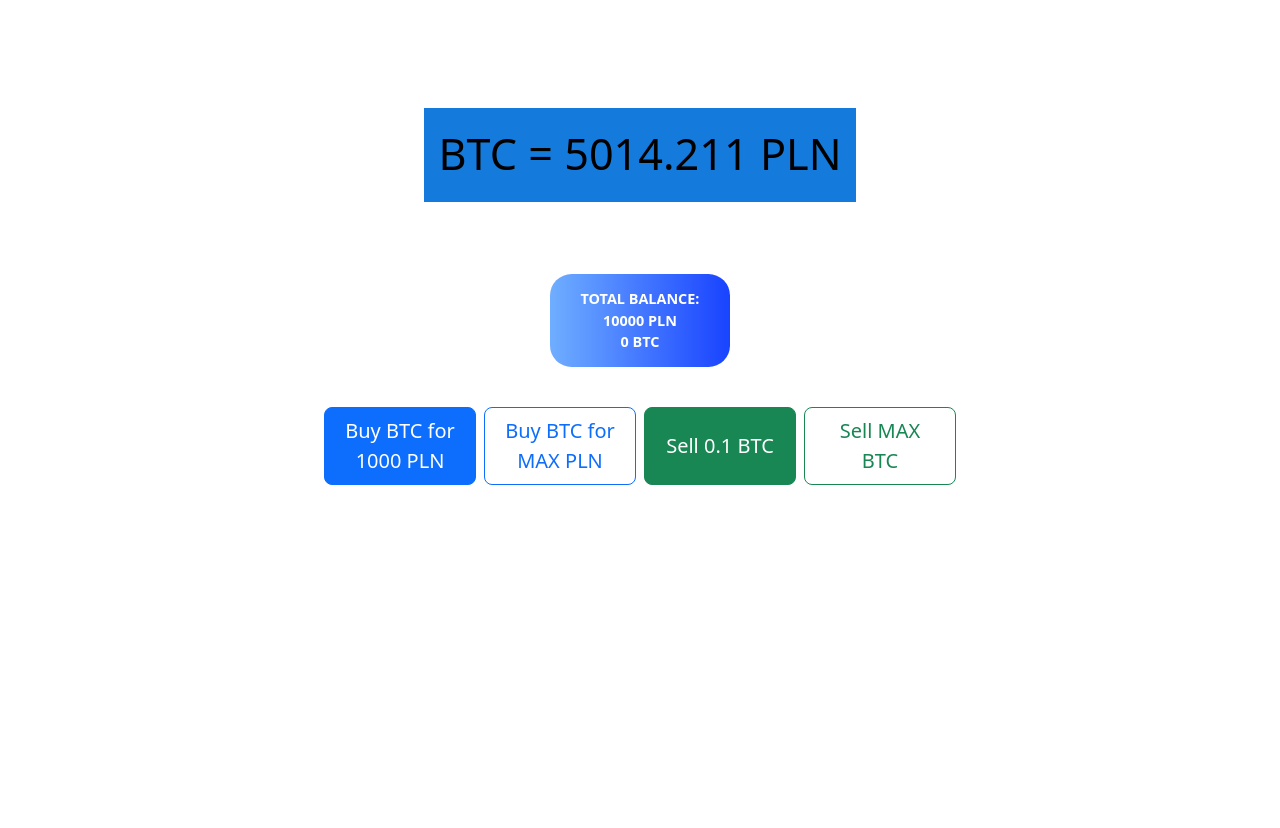
Repository: michalgornicki/bitcoin-virtual
Page: /
The author's editor kept a copy of each file at every save. The page is drawn from the files as they stood at one save, then again after the next save.
The browser window is 1280 px wide. The pictures show the whole page.
The project was rebuilt for these pictures with package versions that can differ from the ones it lists, and the page was loaded fresh each time.

Above is the page before, as saved 2021-12-05 22:54:22.

### src/App.jsx
import React, { useState, useEffect } from "react";
import "./App.css";
import Button from "react-bootstrap/Button";
import "bootstrap/dist/css/bootstrap.min.css";

function App() {
  const [bitcoinPrice, setBitcoinPrice] = useState(5000);
  const [accountPLN, setAccountPLN] = useState(10000);
  const [accountBTC, setAccountBTC] = useState(0);

  const bitcoin = () => {
    let randomNumber = parseFloat((Math.random() * 20 - 10).toFixed(3));
    setBitcoinPrice((bitcoinPrice) =>
      parseFloat((bitcoinPrice + randomNumber).toFixed(3))
    );
    console.log(bitcoinPrice);

    setTimeout(bitcoin, 1000);
  };

  const buyBitcoin = () => {
    if (accountPLN >= 1000) {
      setAccountPLN(accountPLN - 1000);
      setAccountBTC((accountBTC) =>
        parseFloat((accountBTC + 1000 / bitcoinPrice).toFixed(6))
      );
      console.log(accountBTC);
    } else {
      setAccountPLN(0);
      setAccountBTC((accountBTC) =>
        parseFloat((accountBTC + accountPLN / bitcoinPrice).toFixed(6))
      );
    }
  };

  const buyMAXBitcoin = () => {
      setAccountPLN(0);
      setAccountBTC((accountBTC) =>
        parseFloat((accountBTC + accountPLN/bitcoinPrice).toFixed(6))
      );
      console.log(accountBTC);
  };

  const sellBitcoin = () => {
    if (accountBTC >= 0.1) {
      setAccountPLN(parseFloat((accountPLN + bitcoinPrice / 10).toFixed(6)));
      setAccountBTC((accountBTC) => parseFloat((accountBTC - 0.1).toFixed(6)));
      console.log(accountBTC);
    } else {
      setAccountPLN(
        parseFloat((accountPLN + bitcoinPrice * accountBTC).toFixed(6))
      );
      setAccountBTC((accountBTC) => parseFloat((0).toFixed(6)));
    }
  };

  const sellMAXBitcoin = () => {
      setAccountPLN(parseFloat((accountPLN + bitcoinPrice*accountBTC).toFixed(6)));
      setAccountBTC(0);
      console.log(accountBTC);
  };

  useEffect(() => {
    bitcoin();
  }, []);

  return (
    <div className="wrapper">
      <div className="price">BTC = {bitcoinPrice} PLN</div>
      <div className="account-container">
        <div className="account">TOTAL BALANCE:</div>
        <div className="account">{accountPLN} PLN</div>
        <div className="account">{accountBTC} BTC</div>
      </div>

      <div className="button-container w-50 m-auto">
        <Button variant="primary m-1 btn-lg w-50" onClick={buyBitcoin}>
          Buy BTC for 1000 PLN
        </Button>
        <Button variant="outline-primary m-1 btn-lg w-50" onClick={buyMAXBitcoin}>
          Buy BTC for MAX PLN
        </Button>
        <Button variant="success m-1 btn-lg w-50" onClick={sellBitcoin}>
          Sell 0.1 BTC
        </Button>
        <Button variant="outline-success m-1 btn-lg w-50" onClick={sellMAXBitcoin}>
          Sell MAX BTC
        </Button>
      </div>
    </div>
  );
}

export default App;

### src/App.css

body{
    font-family:'Segoe UI', Tahoma, Geneva, Verdana, sans-serif;
    user-select: none;
}

.wrapper{
    height: 100vh;
    display: block;
    margin: auto;
}

.price{
    font-size: 6vmin;
    display: block;
    margin: auto;
    margin-top: 15vmin;
    padding: 2vmin;
    text-align: center;
    width: fit-content;
    color: rgb(0, 0, 0);
    background-color: rgb(20, 123, 220);
}

.account-container{
    display: block;
    margin: auto;
    margin-top: 10vmin;
    margin-bottom: 5vmin;
    background: linear-gradient(to left, rgb(25, 67, 255), rgb(111, 174, 255));
    color: white;
    padding: 2vmin;
    border-radius: 3vmin;
    width: 14%;
}

.account{
    font-size: 2vmin;
    font-weight: 600;
    display: block;
    margin: auto;
    text-align: center;
}

.button-container{
    display: flex;
    justify-content: center;
}

.button{
    height: 10vmin;
    width: 10vmin;
    background-color: green;
    color: white;
    text-align: center;
    display: block;
    margin: 2vmin;
    margin-top: 10vmin;
    cursor: pointer;
}

Loaded but not shown: public/index.html (common file); src/index.js (common file); src/index.css (common file); src/reportWebVitals.js (common file)

After the next save:
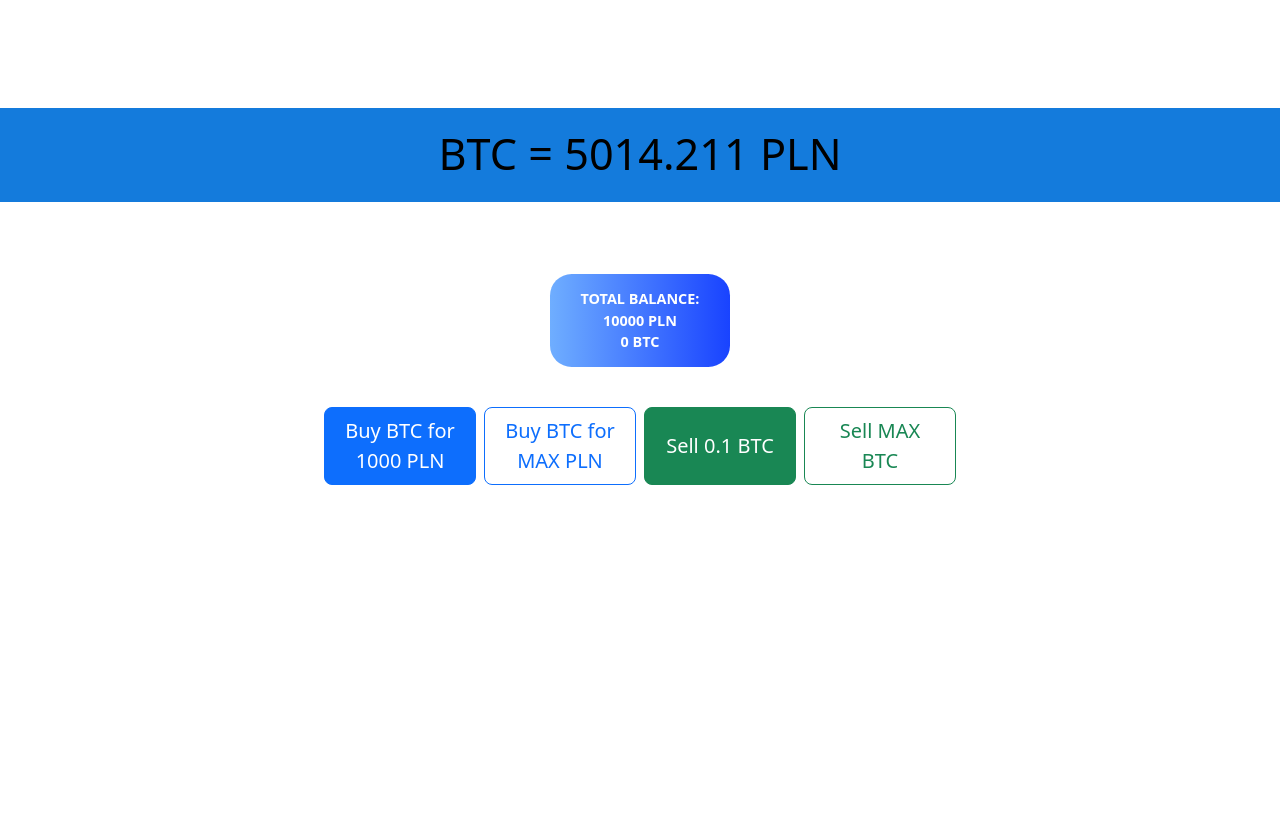
Saved 17 s later.
--- a/src/App.css
+++ b/src/App.css
@@ -17,7 +17,7 @@
     margin-top: 15vmin;
     padding: 2vmin;
     text-align: center;
-    width: fit-content;
+    width: 100%;
     color: rgb(0, 0, 0);
     background-color: rgb(20, 123, 220);
 }

After the save that followed:
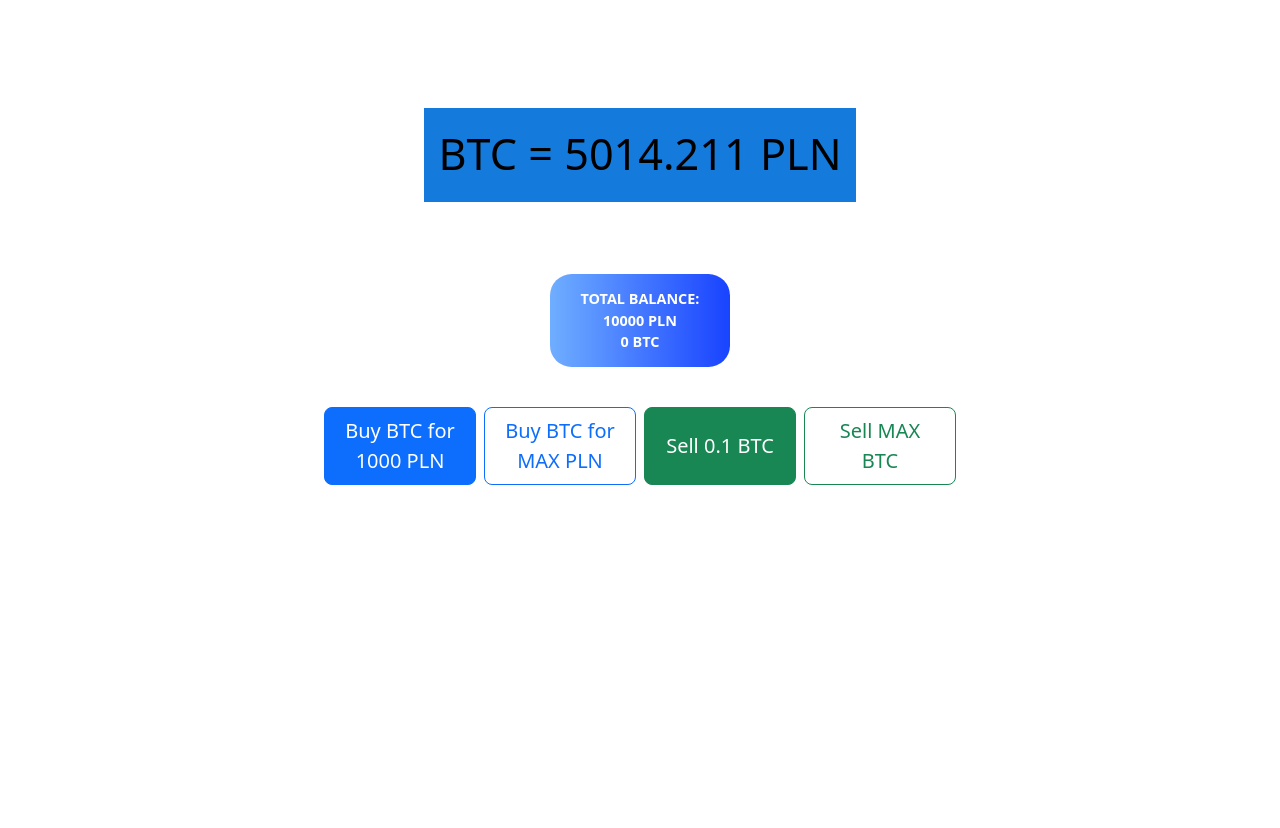
Saved 13 s later.
--- a/src/App.css
+++ b/src/App.css
@@ -17,7 +17,7 @@
     margin-top: 15vmin;
     padding: 2vmin;
     text-align: center;
-    width: 100%;
+    width: fit-content;
     color: rgb(0, 0, 0);
     background-color: rgb(20, 123, 220);
 }
